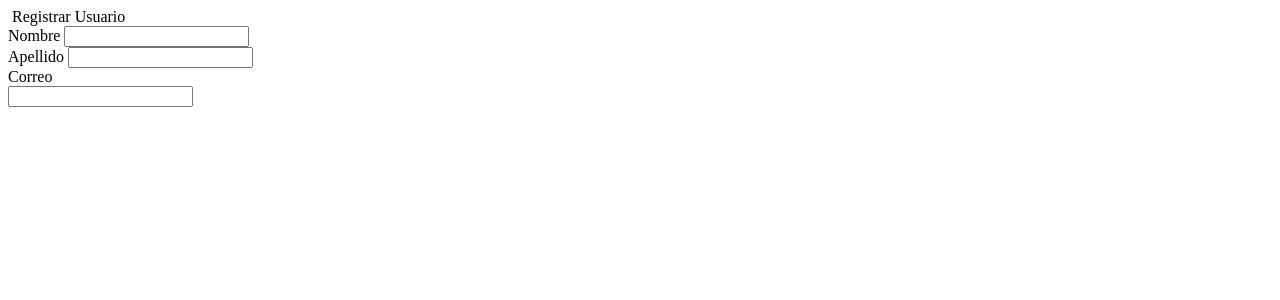
Repository: androla10/ProyectoCibert5to
Page: http://localhost/GDI/Admin/Admin.jsp
An editor plug-in stored every save of this project. The page is shown before and after the next save, followed by the edit.
The browser window is 1280 px wide. The pictures show the whole page.
The page is served by Tomcat 9. Nobody is signed in. The application's start-up code is not run. Other server files are loaded and not shown.

Above is the page before, as saved 2016-04-22 18:52:05.

### GDI/src/main/webapp/Admin/Admin.jsp
<div class="container-fluid">
	</hr>
	<div class="panel-primary">
		<div class="panel-heading">
			<i class="fa fa-user fa-1x"></i>&nbsp;Registrar Usuario
		</div>
		<div class="panel-body">
			<div class="row">
				<div class="col-xs-12 col-sm-12 col-md-6 col-lg-6">
					<div class="form-group">
						<label for="nombre">Nombre</label>
						<input type="text" class="form-control" name="usuario.nombre" id="Nombre"/>
					</div>
					<div class="form-group">
						<label for="Apellido">Apellido</label>
						<input type="text" class="form-control" name="usuario.apellido" id="Apellido"/>
					</div>
					<div class="form-group">
						<label for="Correo" class="control-label">Correo</label>
						<div class="input-group">
						<span class="input-group-addon"></span>
						</div>
						<input type="email" class="form-control" name="usuario.correo" id="Correo"/>
					</div>
				</div>
				<div class="col-xs-12 col-sm-12 col-sm-6 col-lg-6">

				</div>
			</div>
		</div>
	</div>
</div>

After the next save:
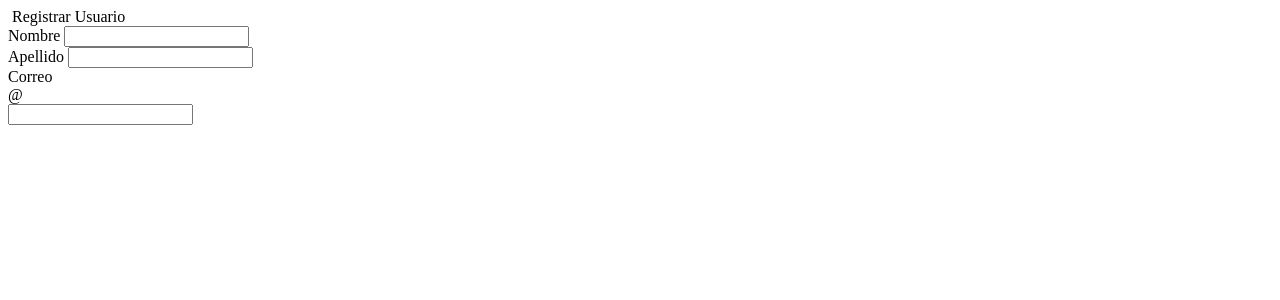
Saved 6 s later.
--- a/GDI/src/main/webapp/Admin/Admin.jsp
+++ b/GDI/src/main/webapp/Admin/Admin.jsp
@@ -18,7 +18,7 @@
 					<div class="form-group">
 						<label for="Correo" class="control-label">Correo</label>
 						<div class="input-group">
-						<span class="input-group-addon"></span>
+						<span class="input-group-addon">@</span>
 						</div>
 						<input type="email" class="form-control" name="usuario.correo" id="Correo"/>
 					</div>
